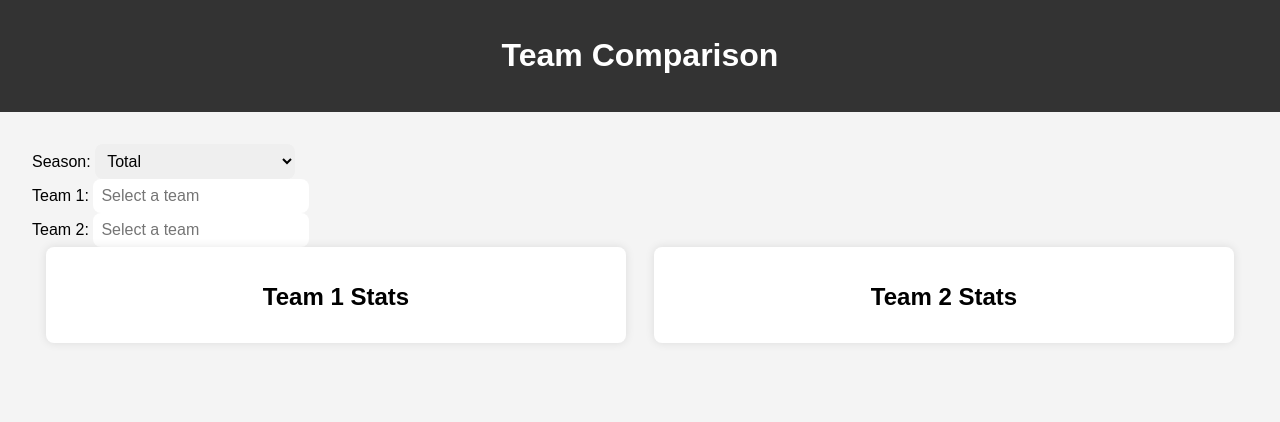
Repository: Enzo-py/dataviz-project-m1
Page: stat_page.html
These files come from the project's save history. The page is drawn as it stood at one moment and after a run of saves; the edit follows.
The browser window is 1280 px wide. The pictures show the whole page.
Some web fonts or font styles are not loaded; a fallback is used.

Above is the page before, as saved 2024-12-12 15:48:52.

After the next 2 saves:
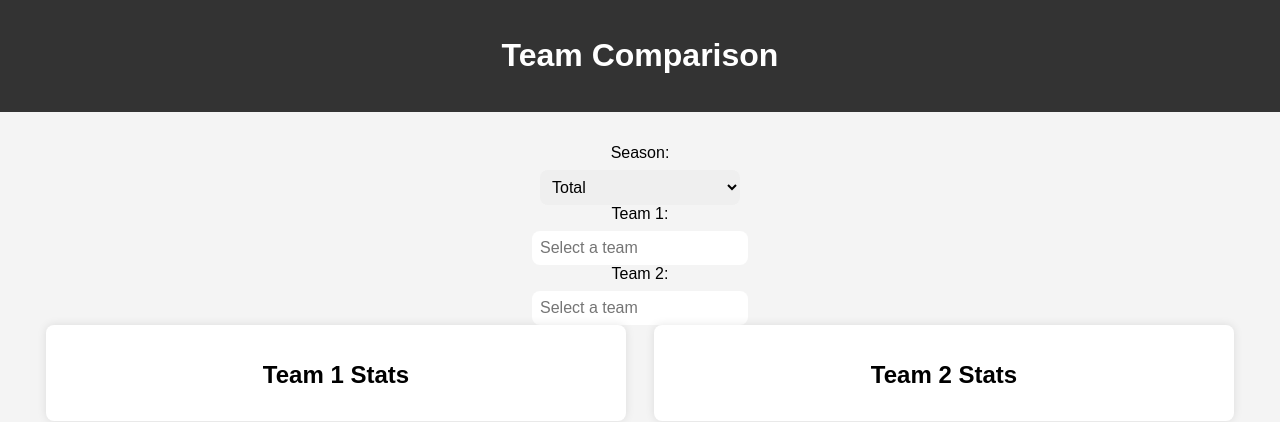
The 2 saves are shown as one change because they came seconds apart.
The last was saved 10 s later.
--- a/style_stat_page.css
+++ b/style_stat_page.css
@@ -28,9 +28,9 @@ menu.team-selection {
 }
 
 .team, .season {
-    display: ;
+    display: flex;
     flex-direction: column;
-    align-items: left;
+    align-items: center;
 }
 
 .team label, .season label {
